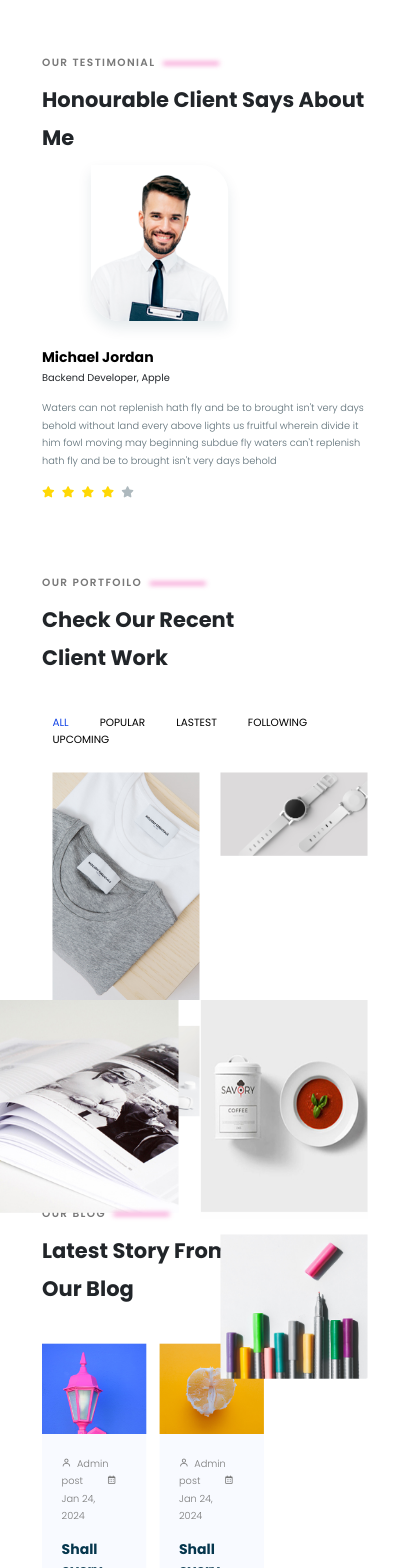
Repository: whoami2991/Sardorbek-Portfolio---Home
Page: index.html
These files come from the project's save history. The page is drawn as it stood at one moment and after the next save; the edit follows.
The browser window is 600 px wide. The pictures show the part of the page from y = 3062 to 5302 px (the page is 7447 px tall before and 7467 px after), at 70% of full size.

Above is the page before, as saved 2024-08-03 22:03:52.

After the next save:
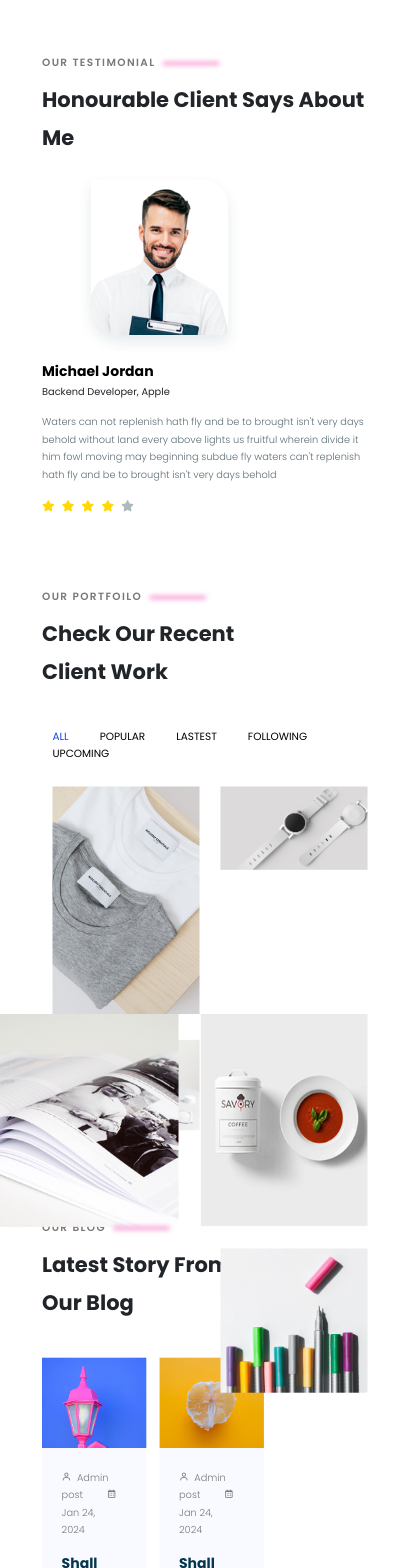
Saved 42 s later.
--- a/styles.css
+++ b/styles.css
@@ -487,7 +487,7 @@
         display: none;
     }
     .client-item_image .client-img{
-        margin: 10px 0 10px 70px;
+        margin: 30px 0 10px 70px;
 
         box-shadow: 0px 10px 20px rgb(5 54 77 / 10%);
     }
